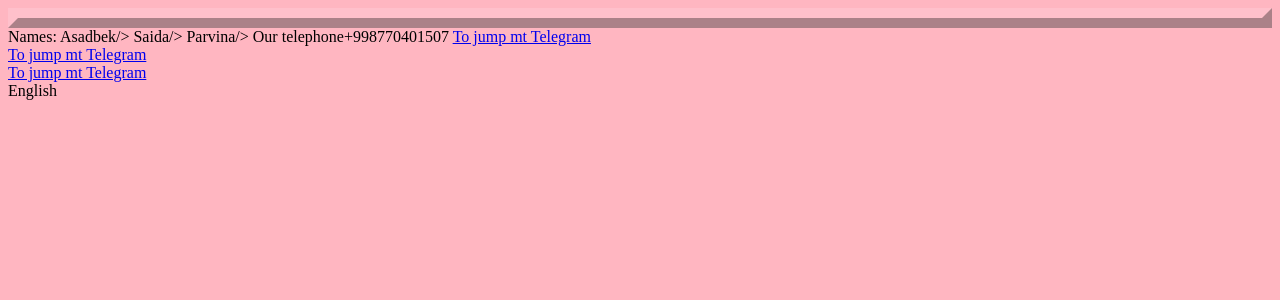
Repository: KHANas02/live-stream
Page: contact.html
These files come from the project's save history. The page is drawn as it stood at one moment and after a run of saves; the edit follows.
The browser window is 1280 px wide. The pictures show the whole page.

Above is the page before, as saved 2024-03-25 07:48:55.

### contact.html
<!DOCTYPE html>
<html lang="en">
  <head>
    <meta charset="UTF-8" />
    <meta name="viewport" content="width=device-width, initial-scale=1.0" />
    <title>Contact with us</title>
    <link rel="stylesheet" href="./index.html" />
  </head>
  <style>
    body {
      background-color: lightpink;
    }
    .text {
      background-repeat: no-repeat;
    }
    .avatar {
      border: 10px outset pink;
    }
  </style>
  <body>
    <div class="avatar"></div>
    <div class="text">
    Names:  Asadbek/>
      Saida/>
      Parvina/>

Our telephone+998770401507
      <a href=" https://t.me/wzb_02">To jump mt Telegram</a> <br />
       <a href=" https://t.me/gsi_77">To jump mt Telegram</a> <br />
        <a href="https://t.me/Pretty_girl_2024">To jump mt Telegram</a> <br />

      English <br />
    </div>
  </body>
</html>

### index.html
<!DOCTYPE html>
<html lang="en">
  <head>
    <meta charset="UTF-8" />
    <head name="viewport" content="width=device-width, initial-scale=1.0">
      <title>Englify Live_stream</title>
      <link rel="stylesheet" href="./style.css" />
    </head>
    <style>
      .div1Img {
        font-size: 70px;
        font-family: serif;
        font-weight: 100;
        color: rgb(255, 0, 157);
        position: relative;
        left: 25px;
        top: 70px;
      }
      .div2 {
        font-size: 70px;
        font-family: serif;
        font-weight: 100;
        color: rgb(255, 0, 157);
        position: relative;
        left: 25px;
        top: 70px;
      }
      .div3 {
        font-size: 70px;
        font-family: serif;
        font-weight: 100;
        color: rgb(255, 0, 157);
        position: relative;
        left: 25px;
        top: 450px;
      }
    </style>
    <html>
      <body>
        <div class="div1">
          <div class="div1Img">JOIN TO OUR LIVE STREAM</div>
        </div>
        <div class="div2">
          Todat at 21:00 <br />
          Only with coffee
        </div>
        <div class="div3">
          Our on the telegram
          <br />
          @englify_asp <br />
          And join to us
        </div>
        <div class="hamburger-menu">
          <input id="menu__toggle" type="checkbox" />
          <label class="menu__btn" for="menu__toggle">
            <span></span>
          </label>

          <ul class="menu__box">
            <li><a class="menu__item" href="index.html">Главная</a></li>
            <li>
              <a class="menu__item" href="speaking.html"
                >Speaking полезная функция</a
              >
            </li>
            <li><a class="menu__item" href="group.html">участники прямой трансляции</a></li>
            <li><a class="menu__item" href="#">Блог</a></li>
            <li><a class="menu__item" href="contact.html">Контакты</a></li>
          </ul>
        </div>
      </body>
    </html>
  </head>
</html>

After the next 2 saves:
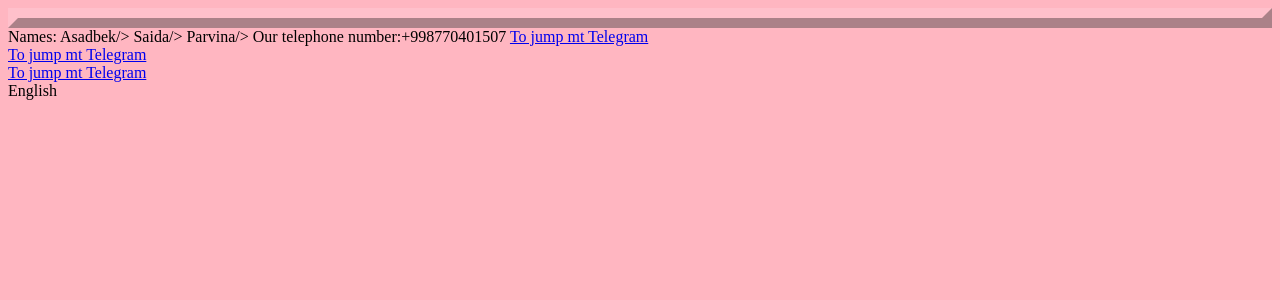
The 2 saves are shown as one change because they came seconds apart.
The last was saved 6 s later.
--- a/contact.html
+++ b/contact.html
@@ -24,7 +24,7 @@
       Saida/>
       Parvina/>
 
-Our telephone+998770401507
+Our telephone number:+998770401507
       <a href=" https://t.me/wzb_02">To jump mt Telegram</a> <br />
        <a href=" https://t.me/gsi_77">To jump mt Telegram</a> <br />
         <a href="https://t.me/Pretty_girl_2024">To jump mt Telegram</a> <br />
